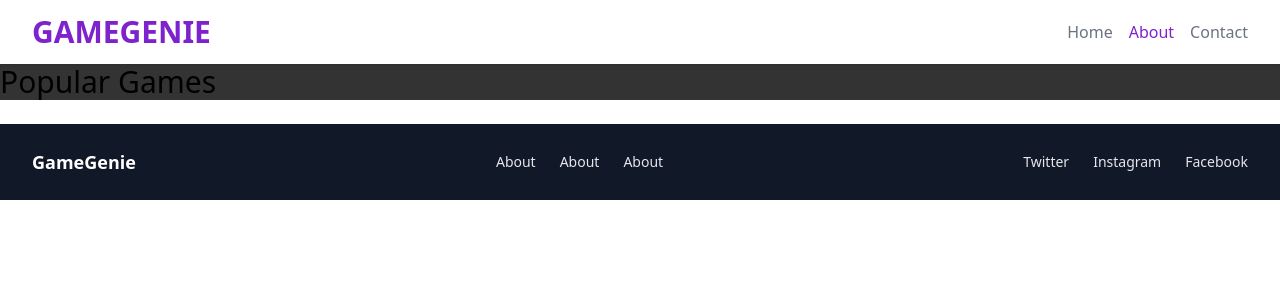
Repository: mfaeezshabbir/Gamegenie
Page: /allGames
The author's editor kept a copy of each file at every save. The page is drawn from the files as they stood at one save, then again after the next save.
The browser window is 1280 px wide. The pictures show the whole page.
The page's requests for data from a server got no answer. The project was rebuilt for these pictures with package versions that can differ from the ones it lists, and the page was loaded fresh each time. The framework's server and built-in components were replaced by stand-ins that run in the browser. No one was signed in, and anything a server would have sent is missing. Also part of the build but not shown: next.config.js, components/GameCard/GameCard.jsx.

Above is the page before, as saved 2023-04-18 13:01:46.

### pages/_app.js
import Footer from "@/components/Footer/Footer";
import Header from "@/components/Header/Header";
import "@/styles/globals.css";

export default function App({ Component, pageProps }) {
  return (
    <>
      <Header />
      <Component {...pageProps} />
      <Footer />
    </>
  );
}

### pages/allGames.jsx
import { useEffect, useState } from "react";
import axios from "axios";
import GameCard from "../components/GameCard/GameCard";

export default function Home() {
  const [games, setGames] = useState([]);

  useEffect(() => {
    axios
      .get("/api/games")
      .then((response) => {
        setGames(response.data);
      })
      .catch((error) => {
        console.error(error);
      });
  }, []);

  return (
    <div className="justify-center items-center" >
      <h1 className="text-3xl text-c1 bg-[#333]" >Popular Games</h1><br />
      <div className="grid grid-cols-1 sm:grid-cols-2 lg:grid-cols-3 gap-4">
        {games.map((game) => (
          <GameCard key={game.name} game={game} />
        ))}
      </div>
    </div>
  );
}

### components/Footer/Footer.jsx
import Link from 'next/link';

function Footer() {
  return (
    <footer className="bg-gray-900 text-gray-200 py-6 w-full">
      <div className="max-w-7xl mx-auto px-4 sm:px-6 lg:px-8 flex flex-wrap justify-between items-center">
        <div className="w-full sm:w-auto mb-4 sm:mb-0">
          <Link href="/" className="text-lg font-bold text-white hover:text-gray-400 transition-colors duration-300">
            GameGenie
          </Link>
        </div>
        <div className="w-full sm:w-auto text-sm">
          <ul className="flex flex-wrap gap-6">
            <li>
              <Link href="/about" className="hover:text-gray-400 transition-colors duration-300">
                About
              </Link>
            </li>
            <li>
              <Link href="/about" className="hover:text-gray-400 transition-colors duration-300">
                About
              </Link>
            </li>
            <li>
              <Link href="/about" className="hover:text-gray-400 transition-colors duration-300">
                About
              </Link>
            </li>
          </ul>
        </div>
        <div className="w-full sm:w-auto text-sm">
          <ul className="flex flex-wrap gap-6">
            <li>
              <a href="https://twitter.com/GameGenie" target="_blank" rel="noopener noreferrer" className="hover:text-gray-400 transition-colors duration-300">
                Twitter
              </a>
            </li>
            <li>
              <a href="https://www.instagram.com/GameGenie" target="_blank" rel="noopener noreferrer" className="hover:text-gray-400 transition-colors duration-300">
                Instagram
              </a>
            </li>
            <li>
              <a href="https://www.facebook.com/GameGenie" target="_blank" rel="noopener noreferrer" className="hover:text-gray-400 transition-colors duration-300">
                Facebook
              </a>
            </li>
          </ul>
        </div>
      </div>
    </footer>
  );
}

export default Footer;

### components/Header/Header.jsx
import React, { useState } from 'react';
import Link from 'next/link';
import { useRouter } from 'next/router';

function NavItem({ href, children, active }) {
    return (
        <Link href={href}>
            <div className={`text-gray-500 hover:text-gray-900 ${active ? 'text-purple-700' : ''}`}>
                {children}
            </div>
        </Link>
    );
}

function Header() {
    const [isMenuOpen, setIsMenuOpen] = useState(false);

    const toggleMenu = () => {
        setIsMenuOpen(prevState => !prevState);
    };

    const links = [
        { href: '/', text: 'Home' },
        { href: '/allGames', text: 'About' },
        { href: '/profile', text: 'Contact' },
    ];

    const currentPath = useRouter().pathname;

    const MobileMenu = () => (
        <div className={`${isMenuOpen ? 'block' : 'hidden'} md:hidden`} id="mobile-menu">
            <div className="px-2 pt-2 pb-3 space-y-1 sm:px-3">
                {links.map(link => (
                    <NavItem
                        key={link.href}
                        href={link.href}
                        active={link.href === currentPath}
                    >
                        {link.text}
                    </NavItem>
                ))}
            </div>
        </div>
    );

    return (
        <>
            <header className="bg-white shadow fixed w-full z-10">
                <div className="max-w-7xl mx-auto px-4 sm:px-6 lg:px-8">
                    <nav className="flex justify-between items-center h-16">
                        <div className="flex-shrink-0 text-3xl text-purple-700 uppercase font-bold">
                            <Link href="/">
                                {/* <Logo className="h-6 w-6" alt="GameGenie logo" /> */}
                                Gamegenie
                            </Link>
                        </div>
                        <div className="hidden md:block">
                            <div className="ml-10 flex items-baseline space-x-4">
                                {links.map(link => (
                                    <NavItem
                                        key={link.href}
                                        href={link.href}
                                        active={link.href === currentPath}
                                    >
                                        {link.text}
                                    </NavItem>
                                ))}
                            </div>
                        </div>
                        <div className="-mr-2 flex md:hidden">
                            <button
                                type="button"
                                onClick={toggleMenu}
                                className="inline-flex items-center justify-center p-2 rounded-md text-gray-400 hover:text-gray-500 hover:bg-gray-100 focus:outline-none focus:ring-2 focus:ring-offset-2 focus:ring-offset-gray-100 focus:ring-indigo-500"
                                aria-controls="mobile-menu"
                                aria-expanded="false"
                            >
                                <span className="sr-only">Open main menu</span>
                                <svg
                                    className={`${isMenuOpen ? 'hidden' : 'block'} h-6 w-6`}
                                    xmlns="http://www.w3.org/2000/svg"
                                    fill="none"
                                    viewBox="0 0 24 24"
                                    stroke="currentColor"
                                    aria-hidden="true"
                                >
                                    <path strokeLinecap="round" strokeLinejoin="round" strokeWidth="2" d="M4 6h16M4 12h16M4 18h16" />
                                </svg>
                                <svg className={`${isMenuOpen ? 'block' : 'hidden'} h-6 w-6`}
                                    xmlns="http://www.w3.org/2000/svg"
                                    fill="none"
                                    viewBox="0 0 24 24"
                                    stroke="currentColor"
                                    aria-hidden="true"
                                >
                                    <path strokeLinecap="round" strokeLinejoin="round" strokeWidth="2" d="M6 18L18 6M6 6l12 12" />
                                </svg>
                            </button>
                        </div>
                    </nav>
                </div>
                <MobileMenu />
            </header>
            <div className="h-16" />
        </>
    );
}

export default Header;

### styles/globals.css
@tailwind base;
@tailwind components;
@tailwind utilities;

:root::-webkit-scrollbar{
    display: none;
}

Loaded but not shown: pages/_document.js (common file); tailwind.config.js (common file)

After the next save:
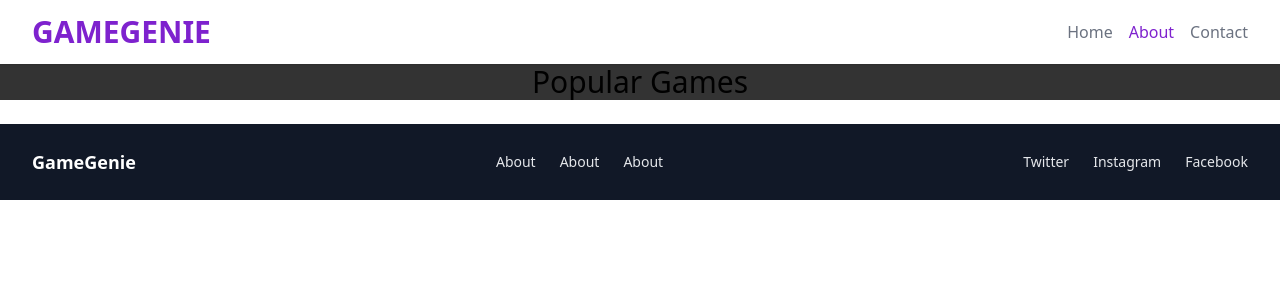
Saved 4 s later.
--- a/pages/allGames.jsx
+++ b/pages/allGames.jsx
@@ -18,7 +18,7 @@ export default function Home() {
 
   return (
     <div className="justify-center items-center" >
-      <h1 className="text-3xl text-c1 bg-[#333]" >Popular Games</h1><br />
+      <h1 className="text-3xl text-center bg-[#333]" >Popular Games</h1><br />
       <div className="grid grid-cols-1 sm:grid-cols-2 lg:grid-cols-3 gap-4">
         {games.map((game) => (
           <GameCard key={game.name} game={game} />
